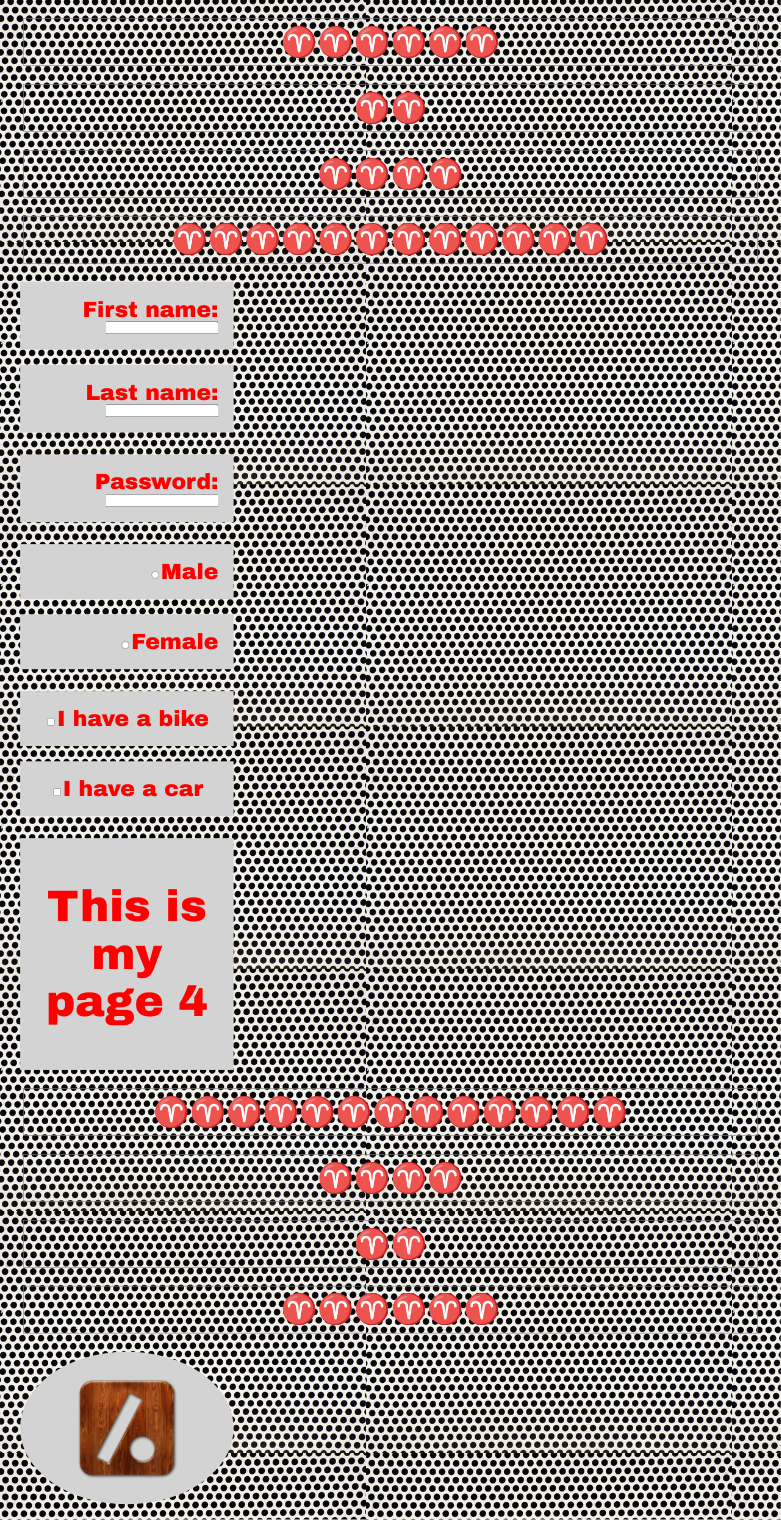
Repository: jangj879/jangj879.github.io
Page: 4_page.html
The author's editor kept a record of every edit. The page is drawn from the files as they stood at one moment, then again after the next edit.
The browser window is 1280 px wide. The pictures show the whole page, at 61% of full size.

Above is the page before.

### 4_page.html
<html>
	<head>

	    <title>My forth page</title>

	    <link href="style4.css" rel="stylesheet">

    </head>
    <P><font size=100>&#9800;&#9800;&#9800;&#9800;&#9800;&#9800;</font></P>
    <P><font size=100>&#9800;&#9800;</font></P>
    <P><font size=100>&#9800;&#9800;&#9800;&#9800;</font></P>
    <P><font size=100>&#9800;&#9800;&#9800;&#9800;&#9800;&#9800;&#9800;&#9800;&#9800;&#9800;&#9800;&#9800;</font></P>

	<body>
        <form>
        <div align=right>First name: <input type="text" name="firstname"><br></div>
        <div align=right>Last name: <input type="text" name="lastname"></div>
        </form>
            <form>
            <div align=right>Password: <input type="password" name="pwd"></div>
            </form>
            <form>
    <div align=right><input type="radio" name="sex" value="male">Male<br></div>
    <div align=right><input type="radio" name="sex" value="female">Female</div>
    </form>

    <form>
    <div align=center><input type="checkbox" name="vehicle" value="Bike">I have a bike<br></div>
    <div align=center><input type="checkbox" name="vehicle" value="Car">I have a car</div>
    </form>



    <head>
<style>
p {
    border:1px solid grey;
    padding:10px;
    margin:30px;
}
</style>
</head>
<body>

<div align=center><h1>This is my page 4</h1></div>
        <P><font size=100>&#9800;&#9800;&#9800;&#9800;&#9800;&#9800;&#9800;&#9800;&#9800;&#9800;&#9800;&#9800;&#9800;</font></P>
        <P><font size=100>&#9800;&#9800;&#9800;&#9800;</font></P>
        <P><font size=100>&#9800;&#9800;</font></P>
         <P><font size=100>&#9800;&#9800;&#9800;&#9800;&#9800;&#9800;</font></P>
</style>
</body>
	</body>

    <div class="img"><center>
    <a target="_blank" href="5_page"><img src="icon2.png" alt="Klematis" width="200" height="200"></a></center>
    </div>









</html>

### style4.css
body {
    background-image: dotdot;
    color: red;
    font-size: 36px;
    font-family: Arial Black;
    text-align: center;
}
body  {
    background-image: url("dotdot.jpg");
}


p {
    margin: 100px;
    border:10px solid grey;
    padding:10px;
    margin:30px;
}

.paragraph2 {
    color: #5ef645;
}

.one {
    width: 200px;
    height: 200px;
    background-color: yellow;
    position: fixed;
    bottom: 20px;
    right: 100px;
    border-radius: 100px;
    border: solid red 10px
}

.one:hover {
    background-color: lime;
}

a:link {
    color: white;
    text-decoration: none;
}

a:hover {
    color: red;
}
.img {
    content: icon;
    icon: url(icon2.png);
    border-radius: 100%;
}
div {
    background-color: lightgrey;
    width: 300px;
    padding: 25px;
    border: 25px black;
    margin: 25px;
}



</html>

After the next edit:
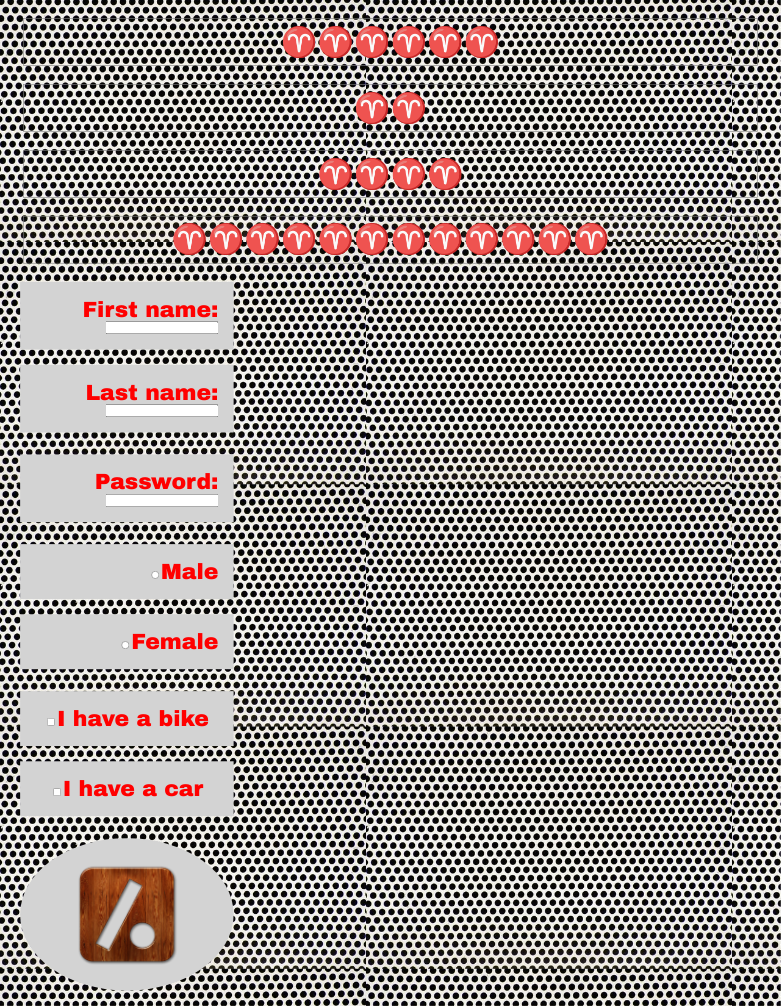
The edit:
--- a/4_page.html
+++ b/4_page.html
@@ -42,13 +42,8 @@
 </head>
 <body>
 
-<div align=center><h1>This is my page 4</h1></div>
-        <P><font size=100>&#9800;&#9800;&#9800;&#9800;&#9800;&#9800;&#9800;&#9800;&#9800;&#9800;&#9800;&#9800;&#9800;</font></P>
-        <P><font size=100>&#9800;&#9800;&#9800;&#9800;</font></P>
-        <P><font size=100>&#9800;&#9800;</font></P>
-         <P><font size=100>&#9800;&#9800;&#9800;&#9800;&#9800;&#9800;</font></P>
-</style>
-</body>
+
+
 	</body>
 
     <div class="img"><center>
